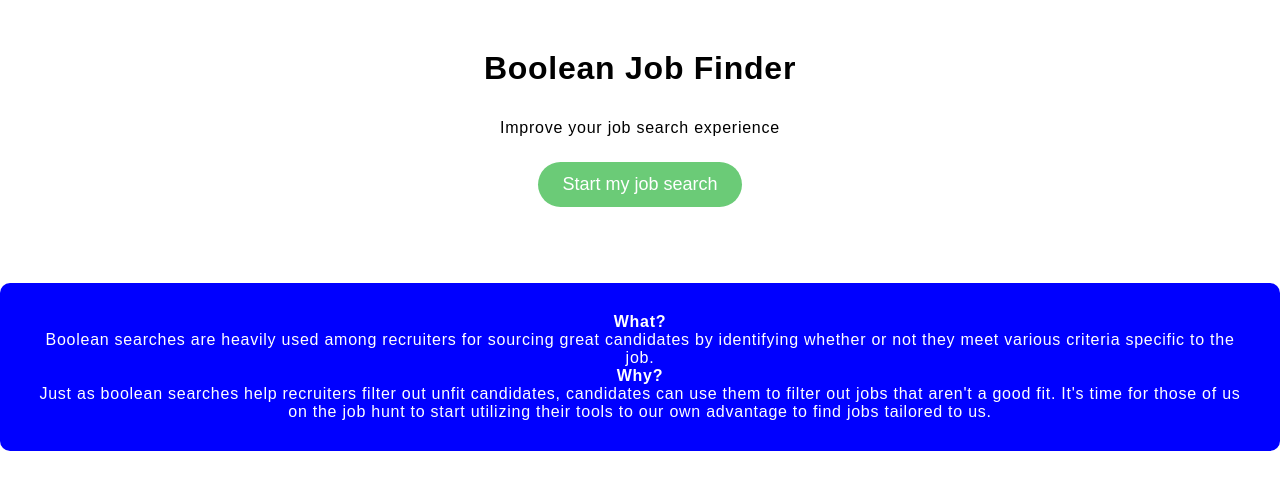
Repository: Rthompson2548/boolean-job-searcher
Page: /
These files come from the project's save history. The page is drawn as it stood at one moment and after the next save; the edit follows.
The browser window is 1280 px wide. The pictures show the whole page.
The project was rebuilt for these pictures with package versions that can differ from the ones it lists, and the page was loaded fresh each time.

Above is the page before, as saved 2022-04-05 14:27:10.

### public/index.html
<!DOCTYPE html>
<html lang="en">
  <head>
    <meta charset="utf-8" />
    <link rel="icon" href="%PUBLIC_URL%/favicon.ico" />
    <meta name="viewport" content="width=device-width, initial-scale=1" />
    <meta name="theme-color" content="#000000" />
    <meta
      name="description"
      content="Web site created using create-react-app"
    />
    <link rel="preconnect" href="https://fonts.googleapis.com">
    <link rel="preconnect" href="https://fonts.gstatic.com" crossorigin>
    <link href="https://fonts.googleapis.com/css2?family=Inconsolata&family=League+Spartan&display=swap" rel="stylesheet">

    <title>React App</title>
  </head>
  <body>
    <noscript>You need to enable JavaScript to run this app.</noscript>
    <div id="root"></div>
    <!--
      This HTML file is a template.
      If you open it directly in the browser, you will see an empty page.

      You can add webfonts, meta tags, or analytics to this file.
      The build step will place the bundled scripts into the <body> tag.

      To begin the development, run `npm start` or `yarn start`.
      To create a production bundle, use `npm run build` or `yarn build`.
    -->
  </body>
</html>

### src/App.js
import "./styles.css";
// import { CopyToClipboard } from "react-copy-to-clipboard";
import React, { useState, useEffect, useRef } from "react";



export default function App() {
  let searchCategories = [
    "Experience",
    "Location",
    "Tech Stack",
    "Title",
    "Technologies",
    "Company"
  ];

let defaultCategories = [
  {
    id: 1,
    name: "Experience",
    placeholders: ["Junior", "Entry", "Grad", "Student"]
  },
  {
    id: 2,
    name: "Location",
    placeholders: ["Junior", "Entry", "Grad", "Student"]
  },
  {
    id: 3,
    name: "End",
    placeholders: ["Junior", "Entry", "Grad", "Student"]
  },
  {
    id: 4,
    name: "Title",
    placeholders: ["Junior", "Entry", "Grad", "Student"]
  },
  {
    id: 5,
    name: "Technologies",
    placeholders: ["Junior", "Entry", "Grad", "Student"]
  },
  {
    id: 6,
    name: "Company Name",
    placeholders: ["Junior", "Entry", "Grad", "Student"]
  }
];


const [copyString, setCopyString] = useState("");
const [addCategory, setAddCategory] = useState(false);
const [addCategoryBtnText, setAddCategoryBtnText] = useState(
"Start my job search"
)
const [category, setCategory] = useState("");
const [categoryChosen, setCategoryChosen] = useState(false);
const [categoryOptions, setCategoryOptions] = useState(false);
const [showCategoryForm, setShowCategoryForm] = useState(false);
const [showNewCategoryButton, setShowNewCategoryButton] = useState(true);
const [showName, setShowName] = useState(false);
const [showForm, setShowForm] = useState(false);
const [showAddWordBtn, setShowAddWordBtn] = useState(false)
const [word, setWord] = useState("");
const [list, setList] = useState([]);
const [show, setShow] = useState(false);
const [finishBtn, setFinishBtn] = useState(false);
const [finished, setFinished] = useState(false);
const [result, setResult] = useState([]);
const [doneWarning, setDoneWarning] = useState(false);
const [goodbyeMessage, setGoodbyeMessage] = useState(false);


const handleNewCategory = () => {
  setCategory("");
  setAddCategoryBtnText("Add a category");
  setShowNewCategoryButton(false);
  setFinishBtn(false);
  setCategoryOptions(true);
  setCategoryChosen(false);
};



const handleCustomCategory = () => {
  setShowCategoryForm(true);
  setCategoryOptions(false);
};


const handleCategoryNameChange = event => {
  setCategory(event.target.value);
};

const submitCategory = () => {
  setAddCategory(false);
  setShowName(true);
  setShowNewCategoryButton(false);
  setShowAddWordBtn(true);
  setShowForm(true);
  setShowCategoryForm(false);
};


const handleAddWord = () => {
  setShowForm(true);
  setCategoryOptions(false);
  setCategoryChosen(true);
};


const handleCategoryClick = event => {
  setCategory(event.target.value);
  setCategoryChosen(true);
};


const handleWordChange = event => {
  setWord(event.target.value);
};


  const [noLetters, setNoLetters] = useState(false);

  const submitAsteriskWord = () => {
    if (word.length <= 1) {
      setNoLetters(true);
    } else {
      setList((prevList) => [...prevList, `"${word}*"`]);
      setWord("");
      setShow(true);
      console.log(word);
    }
  };

  const submitWord = () => {
    if (word.length <= 1) {
      setNoLetters(true);
    } else {
      setList((prevList) => [...prevList, `"${word}"`]);
      setWord("");
      setShow(true);
      console.log(word);
    }
  };

  useEffect(() => {
    setCategory(category);
  }, [category]);

  let booleanString = `(${list.join(" OR ")})`;

  const handleSubmitCategoryWords = () => {
    setShowNewCategoryButton(true);
    setShow(false);
    setShowName(false);
    setShowForm(false);
    setFinishBtn(true);
    setResult((previousResult) => [...previousResult, booleanString]);
    console.log(result.join(" AND "));
    console.log(`list: ${list}`);
    setList([]);
    console.log(`list: ${list}`);
    setCopyString(result.join(" AND "));
  };

  const handleGenerateString = () => {
    setFinished(true);
    setFinishBtn(false);
    setShowNewCategoryButton(false);
    setDoneWarning(false);
    // setGoodbyeMessage(true);
  };

const handleDone = () => {
  setDoneWarning(true);
  setFinished(false);
};


const handleConfirmFinished = () => {
  setDoneWarning(false);
  setGoodbyeMessage(true);
  setShow(false);
  setFinished(false);
};



  return (
    <div className="App">
      <div className="header">
        <h1 className="app-title">Boolean Job Finder</h1>
        <p>Improve your job search experience</p>
        <button className="start-btn" onClick={handleNewCategory}>
          {addCategoryBtnText}
        </button>

      </div>
      <div>
    </div>


      {categoryOptions === true && (
        <div>
          <div>
<p className="pick-a-category-txt">Click a category below to start</p>


            {/* iterates through array of category names and returns a button for each */}
            <div className="category-btns">
              {searchCategories.map((value, i) => (
                <button
                  id="category-btn"
                  className="category-btn"
                  key={i}
                  value={searchCategories[i]}
                  onClick={handleCategoryClick}
                >
                  {value}
                </button>
              ))}

            </div>

{
  categoryChosen === true && (
    <button className="continue-btn" onClick={handleAddWord}>
      Continue
    </button>
  )
}
          </div>
        </div>
      )}

{
  showCategoryForm === true && (
    <div>
      <label>Enter a custom category name</label>
      <input
        placeholder="Enter category name"
        onChange={handleCategoryNameChange}
        value={category}
      />

<button onClick={submitCategory}>Submit</button>;

    </div>
  )
}

      {showForm === true && (
        <div className="keyword-form">
          <h1>{category}</h1>

          <div className="keyword-form-info">
            <div>
              <label>Enter 1 or more keywords</label>
            </div>
            <input
              placeholder="Enter two or more letters..."
              value={word}
              onChange={handleWordChange}
            />
          </div>

          <div className="keyword-btns">
            <button onClick={submitWord}>Include exact keyword</button>
            <button onClick={submitAsteriskWord}>
              Include similar keywords
            </button>

          </div>


        </div>
      )}

      {show === true && (
        <div className="keyword-string">
          <h4>{booleanString}</h4>
        </div>
      )}

      {showForm === true && (
        <div>
          <button className="continue-btn" onClick={handleSubmitCategoryWords}>
            Continue
          </button>
        </div>
      )}

      {showNewCategoryButton === true && (
        // <div className="what-why">
            <div className="what-why-info">
              <h4>What?</h4>
              <p>
                Boolean searches are heavily used among recruiters for sourcing great
                candidates by identifying whether or not they meet various criteria specific
                to the job.
              </p>
              <h4>Why?</h4>
              <p>
                Just as boolean searches help recruiters filter out unfit candidates, candidates can use them to filter out jobs that aren't a good fit. It's time for those of us on the job hunt to start utilizing their tools to our own advantage to find jobs tailored to us.
              </p>
          </div>


        // </div>
      )}


      {finishBtn === true && (
        <div>
          <button className="done-btn" onClick={handleGenerateString}>
            Submit
          </button>
        </div>
      )}

      {finished === true && (
        <div className="boolean-string">
          <p value={copyString}>{result.join(" AND ")}</p>
          <button className="done-btn" onClick={handleDone}>
            Done
          </button>
        </div>
      )}

      {doneWarning === true && (
        <div className="boolean-string">
          <p>Are you sure? This cannot be undone</p>
          <button className="done-btn" onClick={handleConfirmFinished}>
            Yes, I am done
          </button>
        </div>
      )}

      {goodbyeMessage === true && (
        <div className="goodye-msg boolean-string">
<p>Goodbye!</p>;

          <button
            className="start-btn"
            onClick={() => window.location.reload(false)}
          >
            Home
          </button>
        </div>
      )}
    </div>
  );
}

### src/styles.css
* {
  margin: 0;
  padding: 0;
  /* background-color: #fff; */
  /* color: #000; */
  /* padding: 18px 0; */
}

.App {
  font-family: sans-serif;
  text-align: center;
  letter-spacing: 0.75px;
}

.header {
  line-height: 2rem;
  letter-spacing: 0.75px;
  padding: 52px 0;
}

img {
  width: 250px;
  height: auto;
}

button {
  /* width: 300px; */
  border-radius: 25px;
  background-color: #fff;
  color: #000;
  border: none;
  margin: 18px 0 0 0;
  font-size: 18px;
}

.app-title {
  margin-bottom: 28px;
  font-size: 32px;
}

h3 {
  font-size: 22px;
}

.what-why-info {
  margin: 24px 0;
  border-radius: 10px !important;
  overflow: hidden;
  background-color: blue;
  padding: 30px;
  color: #fff !important;
}



.what-why p {
  text-align: left !important;
}




.start-btn {
  background-color: #6bcb77 !important;
  color: #fff;
  font-size: 18px;
  vertical-align: middle;
  padding: 12px 24px;
}

.pick-a-category-txt {
  font-size: 18px;
  margin-bottom: 12px;
}

input {
  background-color: #fff;
  font-size: 18px;
  color: #000;
  width: 260px;
  border: 1.5px solid black;
  border-radius: 25px;
}

label {
  font-size: 20px;
}

.category-btns {
  /* center the element */
  right: 0;
  left: 0;
  margin-right: auto;
  margin-left: auto;
  display: flex;
  flex-direction: column;
  align-items: center;
}

.category-btns button {
  background-color: #ff6b6b;
  color: #fff;
  padding: 12px 42px;
  width: 300px;
}

.category-buttons button:active,
button:focus {
  /* color: #fff !important;
  background-color: #FFD93D !important; */
}

.category-buttons button:visited:after {
  color: #fff !important;
  background-color: #000 !important;
}

.continue-btn {
  background-color: #4d96ff;
  color: #fff;
}

.keyword-form-info {
  margin-top: 24px;
}

.keyword-form-info input {
  padding: 10px 24px 10px 10px;
  margin-top: 16px;
}

.keyword-btns {
  display: flex;
  flex-direction: column;
  align-items: center;
  margin: 10px 0 24px 0;
}

.keyword-btns button {
  background-color: #ff6b6b;
  color: #fff;
  font-size: 18px;
}

.keyword-string {
  padding: 20px;
  font-size: 20px;
  line-height: 2rem;
}

.goodye-msg {
  /* padding-top: 25%; */
  font-size: 42px !important;
}

.goodye-msg button {
  /* background-color: #4D96FF !important; */
  /* vertical-align: middle !important; */
}

.boolean-string {
  font-size: 32px;
  font-weight: bold;
  padding-top: 10%;
}


.boolean-string button {
  background-color: #fa58bc;
  color: #fff;
}

.done-btn {
  background-color: #4d96ff !important;
  color: #fff;
  font-size: 22px;
  vertical-align: middle;
  width: 400px;
  padding: 20px 0;
  margin-top: 36px;
}

.home-btn {
  background-color: #6bcb77 !important;
}

Loaded but not shown: src/index.js (common file); src/index.css (no stored copy; drawn as an empty file)

After the next save:
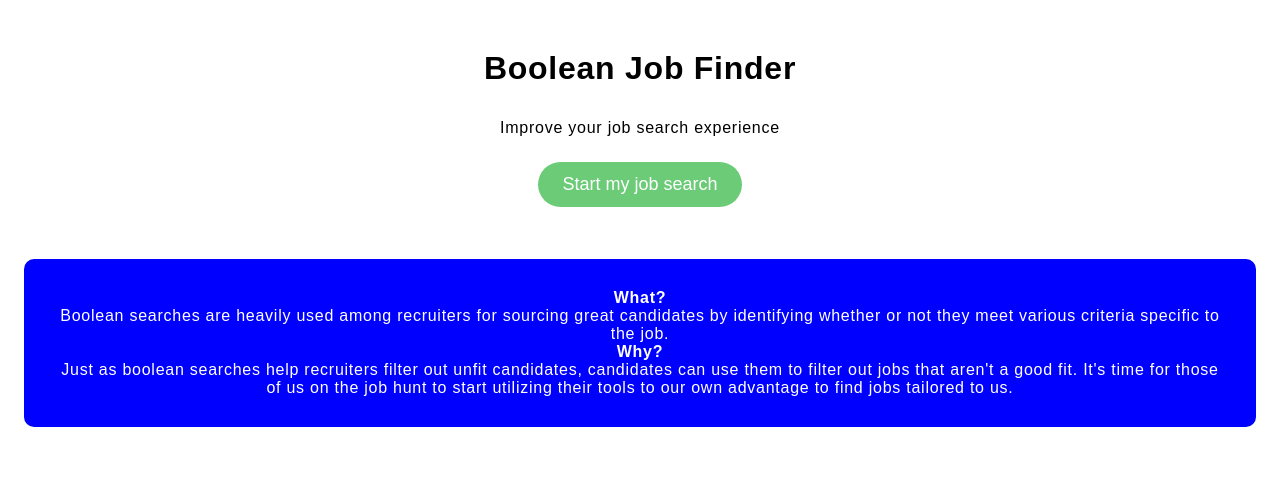
Saved 4 s later.
--- a/src/styles.css
+++ b/src/styles.css
@@ -43,7 +43,7 @@ h3 {
 }
 
 .what-why-info {
-  margin: 24px 0;
+  margin: 0 24px;
   border-radius: 10px !important;
   overflow: hidden;
   background-color: blue;
